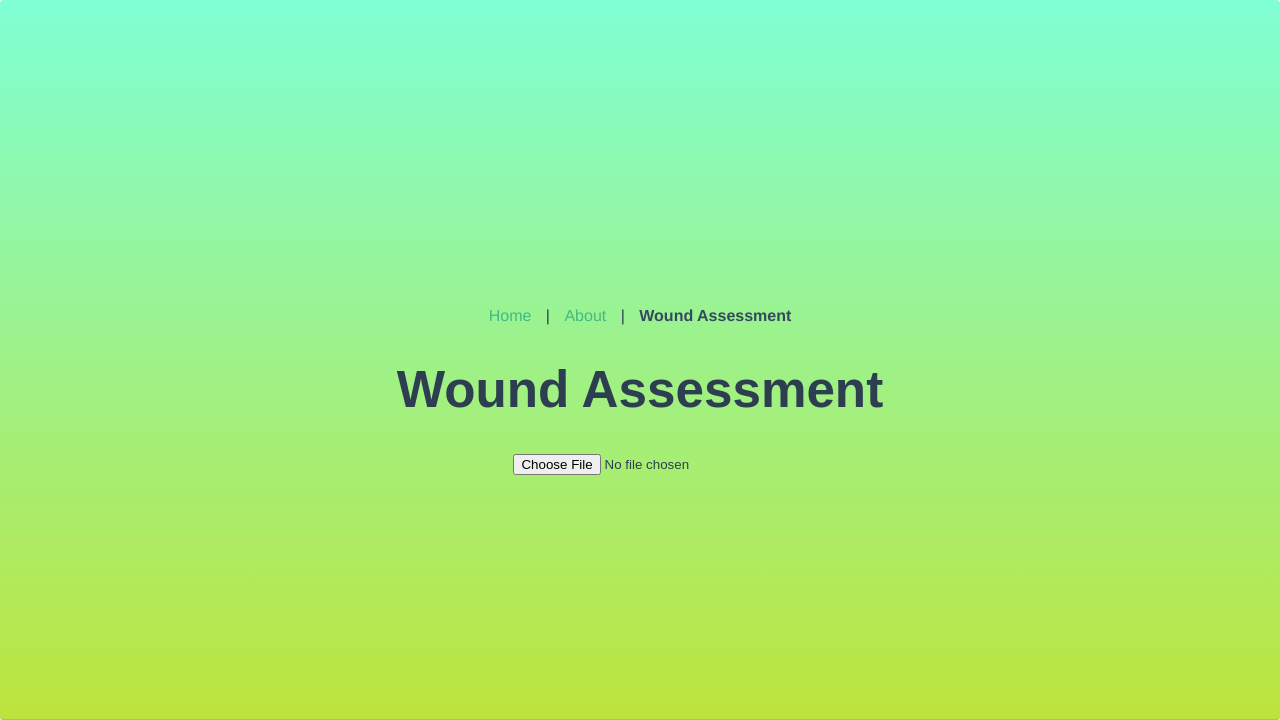
Repository: Jinwoo290350/Surgicare-Vue
Page: /wound-assessment (app in surgicare/)
An editor plug-in stored every save of this project. The page is shown before and after the next save, followed by the edit.
The browser window is 1280 px wide. The pictures show the whole page.
The project was rebuilt for these pictures with package versions that can differ from the ones it lists, and the page was loaded fresh each time. Also part of the build but not shown: surgicare/vite.config.js, surgicare/src/views/Home.vue, surgicare/src/views/About.vue.

Above is the page before, as saved 2024-11-26 19:50:15.

After the next save:
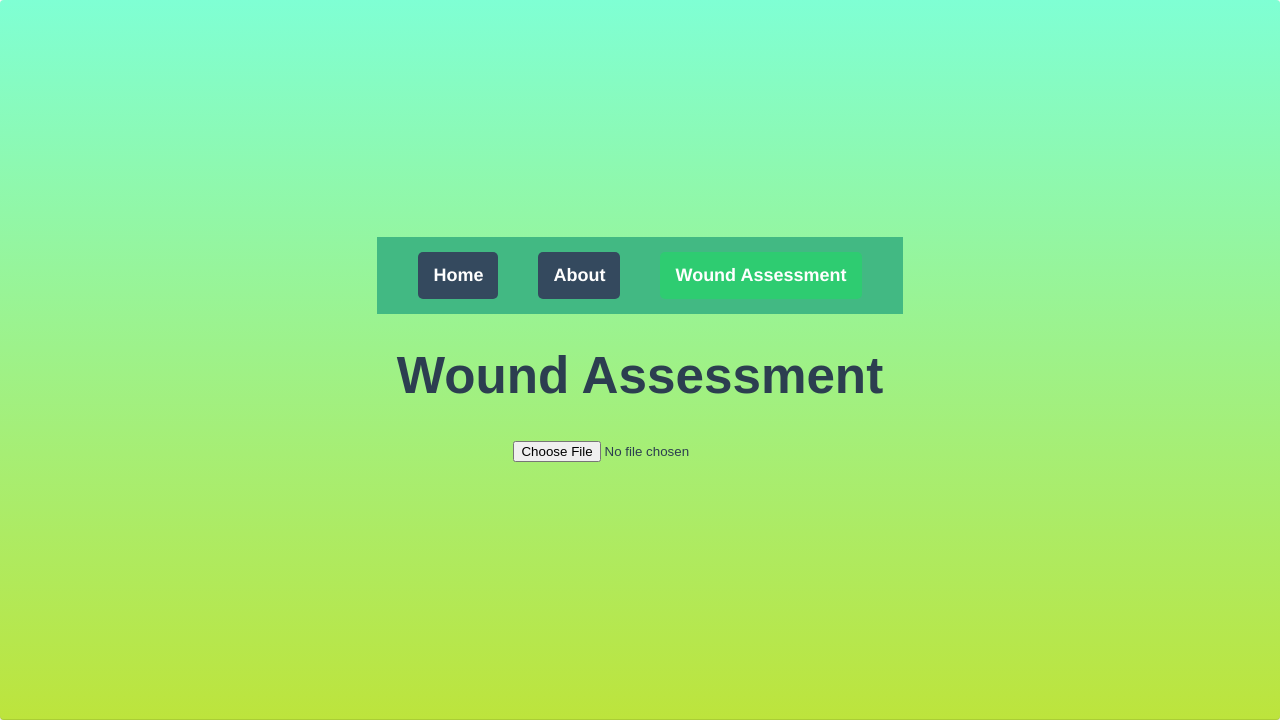
Saved 2 min 26 s later.
--- a/surgicare/src/App.vue
+++ b/surgicare/src/App.vue
@@ -1,8 +1,8 @@
 <template>
   <div id="app">
     <nav>
-      <router-link to="/">Home</router-link> |
-      <router-link to="/about">About</router-link> |
+      <router-link to="/">Home</router-link>
+      <router-link to="/about">About</router-link>
       <router-link to="/wound-assessment">Wound Assessment</router-link>
     </nav>
     <router-view />
@@ -20,21 +20,38 @@ export default {
   font-family: Avenir, Helvetica, Arial, sans-serif;
   text-align: center;
   color: #2c3e50;
-  margin-top: 40px;
 }
 
 nav {
+  display: flex;
+  justify-content: center;
+  align-items: center;
+  background-color: #42b983;
+  padding: 15px 0;
   margin-bottom: 20px;
+  position: sticky; /* เพื่อให้ nav ติดด้านบน */
+  top: 0;
+  z-index: 1000;
 }
 
 nav a {
-  margin: 0 10px;
-  color: #42b983;
+  margin: 0 20px;
+  color: white;
   text-decoration: none;
+  font-size: 18px;
+  font-weight: bold;
+  padding: 10px 15px;
+  background-color: #34495e;
+  border-radius: 5px;
+  transition: all 0.3s ease;
+}
+
+nav a:hover {
+  background-color: #1abc9c;
 }
 
 nav a.router-link-exact-active {
-  font-weight: bold;
-  color: #34495e;
+  background-color: #2ecc71;
+  color: white;
 }
 </style>
